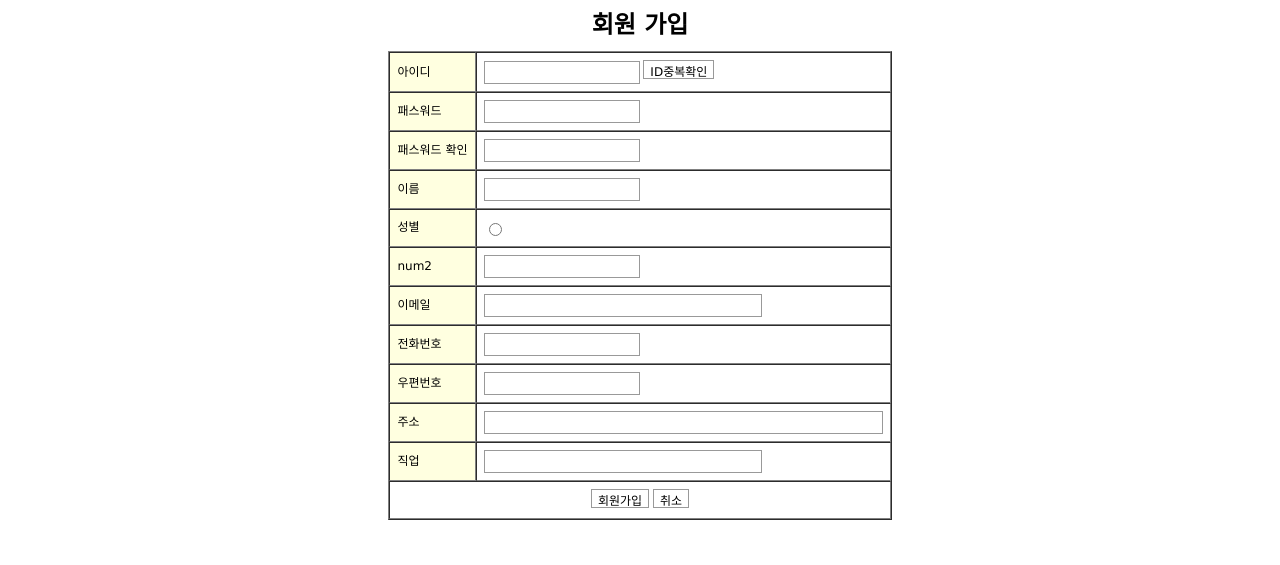
Repository: leekyengho/zodiac
Page: http://localhost/jsphomepage/homepage/member.jsp
An editor plug-in stored every save of this project. The page is shown before and after the next save, followed by the edit.
The browser window is 1280 px wide. The pictures show the whole page.
The page is served by Tomcat 9. Other server files are loaded and not shown.

Above is the page before, as saved 2016-11-26 19:48:24.

### jsphomepage/WebContent/homepage/member.jsp
<%@ page language="java" contentType="text/html; charset=EUC-KR"
    pageEncoding="EUC-KR"%>
<!DOCTYPE html PUBLIC "-//W3C//DTD HTML 4.01 Transitional//EN" "http://www.w3.org/TR/html4/loose.dtd">
<html>
<head>
<meta http-equiv="Content-Type" content="text/html; charset=EUC-KR">
<title>Insert title here</title>
</head>
<body>
<div align=center>
<h1>회원 가입</h1>
<link href="style.css" rel="stylesheet" type="text/css">
<script type="text/javascript" src="script.js"></script>
<script type="text/javascript">
	function idCheck(id) {
		frm = document.regFrm;
		if(id=="") {
			alert("아이디를 입력하세요.");
			frm.id.focus();
			return;
		}
		url = "idCheck.jsp?id=" + id;
		window.open(url, "IDCheck", "width=300, heigth=150");
	}

	function zipCheck() {
		url = "zipCheck.jsp?check=y";
		window.open(url, "ZipCodeSearch", "width=500, height=300, scrollbars=yes");
	}
</script>
	<form name=memberFrm  method="post" action="memberProc.jsp">
		<table border=1 cellpadding=7 cellspacing=0 >
			<tr>
				<td bgcolor=lightyellow>아이디 </td>
    			<td align=left><input type="text" name="id"  maxlength=20>
    			<input type="button" value="ID중복확인" onClick="idCheck(this.form.id.value)">
    			</td>
    		</tr>
			<tr>
				<td bgcolor=lightyellow>패스워드 </td>
    			<td align=left><input type="password" name="passwd"  maxlength=20></td>
    		</tr>
			<tr>
				<td bgcolor=lightyellow>패스워드 확인 </td>
  			    <td align=left><input type="password" name="repasswd"  maxlength=20></td>
  			</tr>
			<tr>
				<td bgcolor=lightyellow>이름 </td>
    			<td align=left><input type="text" name="name"  maxlength=20/></td>
    		</tr>
			<tr>
				<td bgcolor=lightyellow>성별</td>
   				<td align=left><input type="radio" name="sex"></td>
   			</tr>
			<tr>
				<td bgcolor=lightyellow>num2 </td>
  				<td align=left><input type="text" name="num2"  maxlength=7 ></td>
  			</tr>
			<tr>
				<td bgcolor=lightyellow>이메일 </td>
  				<td align=left><input type="text" name="email" maxlength=30 size=40></td>
  			</tr>
			<tr>
				<td bgcolor=lightyellow>전화번호 </td>
  				<td align=left><input type="text" name="phone" maxlength=30></td>
  			</tr>
			<tr>
				<td bgcolor=lightyellow>우편번호</td>
   				<td align=left><input type="text" name="zipcode" maxlength=7></td>
   			</tr>
			<tr>
				<td bgcolor=lightyellow>주소 </td>
    			<td align=left><input type="text" name="address" maxlength=30 size=60></td>
    		</tr>
			<tr>
				<td bgcolor=lightyellow>직업</td>
   				<td align=left><input type="text" name="job" maxlength=30 size=40></td>
   			</tr>
			<tr>
				<td colspan=2 align=center><input type="submit" value="회원가입">
    			<input type="reset" value="취소"></td>
    		</tr>
		</table>
	</form>
</div>
</body>
</html>

### jsphomepage/WebContent/homepage/style.css
BODY {
	FONT-SIZE: 9pt; COLOR: black; LINE-HEIGHT: 160%; FONT-FAMILY: 굴림,verdana,tahoma
}
TD {
	FONT-SIZE: 9pt; COLOR: black; LINE-HEIGHT: 160%; FONT-FAMILY: 굴림,verdana,tahoma
}
SELECT {
	FONT-SIZE: 9pt; COLOR: black; LINE-HEIGHT: 160%; FONT-FAMILY: 굴림,verdana,tahoma
}
DIV {
	FONT-SIZE: 9pt; COLOR: black; LINE-HEIGHT: 160%; FONT-FAMILY: 굴림,verdana,tahoma
}
FORM {
	FONT-SIZE: 9pt; COLOR: black; LINE-HEIGHT: 160%; FONT-FAMILY: 굴림,verdana,tahoma
}
TEXTAREA {
	BORDER-RIGHT: 1px solid #999999; BORDER-TOP: 1px solid #999999; FONT-SIZE: 9pt; BORDER-LEFT: 1px solid #999999 ; COLOR: BLACK; BORDER-BOTTOM: 1px solid #999999; FONT-FAMILY: 굴림,verdana; BACKGROUND-COLOR: white
}
INPUT {
	BORDER-RIGHT: 1px solid #999999; BORDER-TOP: 1px solid #999999; FONT-SIZE: 9pt; BORDER-LEFT: 1px solid #999999; COLOR: BLACK; BORDER-BOTTOM: 1px solid #999999; FONT-FAMILY: 굴림,verdana; HEIGHT: 19px; BACKGROUND-COLOR: white
}

A:link {text-decoration:none;color:#696969}
A:hover{text-decoration:yes;color:#66CCFF}
A:visited {text-decoration:none;color:#330066}

### jsphomepage/WebContent/homepage/script.js
function loginCheck(){
	if(document.login.mem_id.value==""){
		alert("아이디를를 입력해 주세요.");
		document.login.mem_id.focus();
		return;
	}
	if(document.login.mem_passwd.value==""){
		alert("비밀번호를 입력해 주세요.");
		document.login.mem_passwd.focus();
		return;
	}
	document.login.submit();
}

function memberReg(){
	document.location="Register.jsp";
}

function inputCheck(){
	if(document.regForm.mem_id.value==""){
		alert("아이디를 입력해 주세요.");
		document.regForm.mem_id.focus();
		return;
	}
	if(document.regForm.mem_passwd.value==""){
		alert("비밀번호를 입력해 주세요.");
		document.regForm.mem_passwd.focus();
		return;
	}
	if(document.regForm.mem_repasswd.value==""){
		alert("비밀번호를 확인해 주세요");
		document.regForm.mem_repasswd.focus();
		return;
	}
	if(document.regForm.mem_name.value==""){
		alert("이름을 입력해 주세요.");
		document.regForm.mem_name.focus();
		return;
	}
	if(document.regForm.mem_num1.value==""){
		alert("주민번호을 입력해 주세요.");
		document.regForm.mem_num1.focus();
		return;
	}
	if(document.regForm.mem_num2.value==""){
		alert("주민번호을 입력해 주세요.");
		document.regForm.mem_num2.focus();
		return;
	}
	if(document.regForm.mem_email.value==""){
		alert("이메일을 입력해 주세요.");
		document.regForm.mem_email.focus();
		return;
	}
	if(document.regForm.mem_phone.value==""){
		alert("연락처를 입력해 주세요.");
		document.regForm.mem_phone.focus();
		return;
	}
	if(document.regForm.mem_job.value=="0"){
		alert("직업을 선택해 주세요.");
		document.regForm.mem_job.focus();
		return;
	}

	if(document.regForm.mem_passwd.value != document.regForm.mem_repasswd.value){
		alert("비밀번호가 일치하지 않습니다.");
		document.regForm.mem_repasswd.focus();
		return;
	}
	document.regForm.submit();
}

//ID중복체크시 검사
function idCheck(id){
	if(id == ""){
		alert("아이디를 입력해 주세요.");
	}else{
		url="IdCheck.jsp?mem_id=" + id;
		window.open(url,"post","width=300,height=150");
	}
}

function zipCheck(){
		url="ZipCheck.jsp?check=y";
		window.open(url,"post","toolbar=no ,width=500 ,height=300 ,directories=no,status=yes,scrollbars=yes,menubar=no");
}

function win_close(){
	self.close();
}

After the next save:
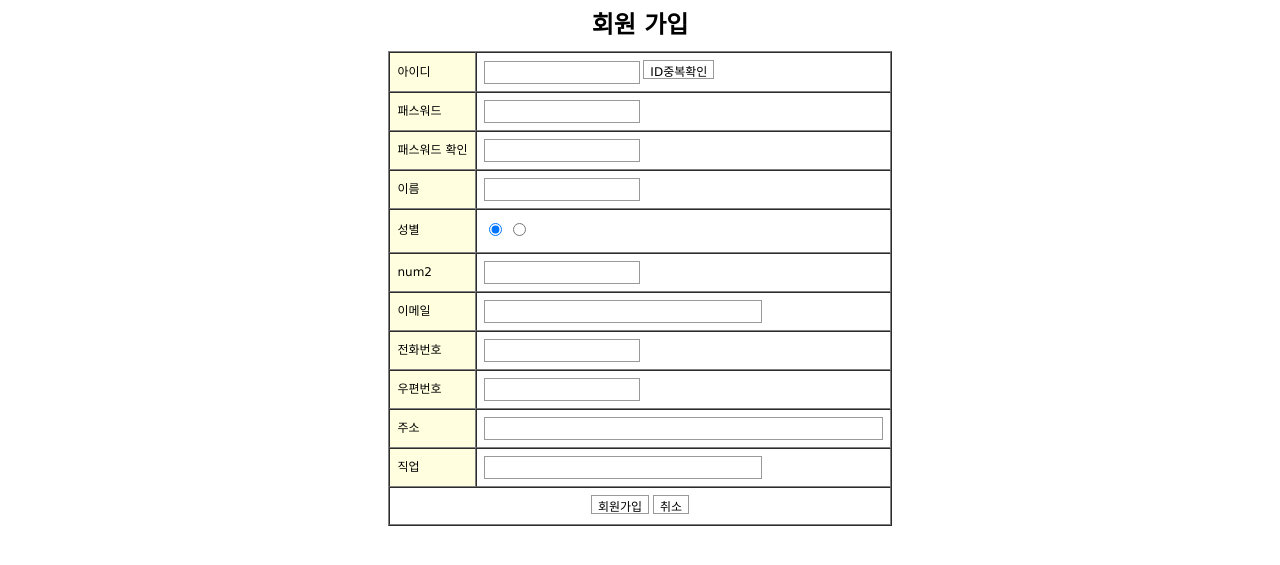
Saved 2 min 26 s later.
--- a/jsphomepage/WebContent/homepage/member.jsp
+++ b/jsphomepage/WebContent/homepage/member.jsp
@@ -50,7 +50,9 @@
     		</tr>
 			<tr>
 				<td bgcolor=lightyellow>성별</td>
-   				<td align=left><input type="radio" name="sex"></td>
+   				<td align=left><input type="radio" name="sex" value="남" checked>
+   				<input type="radio" name=sex value="여">
+   				</td>
    			</tr>
 			<tr>
 				<td bgcolor=lightyellow>num2 </td>
